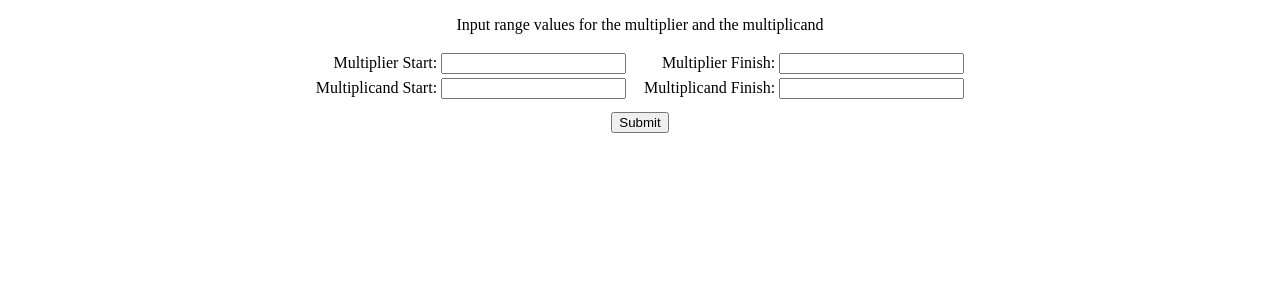
Repository: khrasna/HW4Part2
Page: index.html
These files come from the project's save history. The page is drawn as it stood at one moment and after the next save; the edit follows.
The browser window is 1280 px wide. The pictures show the whole page.
Some web libraries are served in a nearby version.

Above is the page before, as saved 2021-11-13 16:13:31.

### index.html
<!-- HTML file for Assignment 3
By Karsten Hrasna  email Karsten_Hrasna@student.uml.edu-->
<!DOCTYPE html>
<html>

<head>
    <title>Multiplication Table</title>
    <link rel="stylesheet" href="style.css">
    <script src="https://ajax.googleapis.com/ajax/libs/jquery/3.5.1/jquery.min.js"></script>
    <script src="dist/jquery.validate.min.js"></script>
    <script src="formvalidate.js"></script>
    <script src="https://ajax.googleapis.com/ajax/libs/jqueryui/1.11.4/jquery-ui.min.js"></script>
    <script rel="stylesheet" href="https://ajax.googleapis.com/ajax/libs/jqueryui/1.11.4/themes/smoothness/jquery-ui.css"></script>
</head>

<body>
    <p>Input range values for the multiplier and the multiplicand</p>
    <div id="container">
        <!-- Learned from W3schools. Creates a form which takes number ranges for multiplier and multiplicand. -->

        <form id="FormInput" action="javascript:void(0);" method="get"> <!--Learned about javascript:void(0) from Dutchie432 at https://stackoverflow.com/questions/1818249/form-with-no-action-and-where-enter-does-not-reload-page-->
            <table>
                <tr>
                    <div id="slider-1"></div>
                    <td class="pad">Multiplier Start: <input input="text" name="MultiplierStart"></td>
                    <td>Multiplier Finish: <input type="text" name="MultiplierFinish"></td>
                </tr>
                <tr>
                    <td class="pad">Multiplicand Start: <input type="text" name="MultiplicandStart"></td>
                    <td>Multiplicand Finish: <input type="text" name="MultiplicandFinish"></td>
                </tr>
            </table>
            <input type="submit" value="Submit"> <!--goes directly under form and processes the input to create a mult table-->
        </form>
    </div>


</body>

</html>

### style.css
/*Created by Karsten Hrasna. email: Karsten_Hrasna@student.uml.edu*/
html,
body {
    height: 97%;
    text-align: center;
}

div#container {
    display: grid;
    grid-template-columns: 100%;
    /* top row of grid holds the form for input, the rest of page holds the multiplication table*/
    grid-template-rows: minmax(90px, 15%) auto;
    height: 97%;

}

#multTable {
    margin: auto;
    border-collapse: separate;
    border-spacing: 0;
    grid-row: 2;
    /*the dynamically sized multiplication table */
    margin-top: 0px;
    border-bottom: 0px;

}

input[type=submit] {
    /* submit button under form spaced here */
    margin-top: 10px;
    margin-bottom: 0px;
}

#multTable td,
th {
    border: solid;
    border-color: black;
    min-width: 70px;
    font-size: 30px;
    height: 70px;
}


#multTable th {
    position: sticky;
    top: 0px;
    border-right: solid;
    border-right-color: white;
    border-bottom: solid;
    border-bottom-color: white;
    background-color: black;
    color: white;

}

#multTable th:first-child {
    position: sticky;
    top: 70px;
    left: 0;
}


.sticky {
    position: fixed;
    top: 0px;
    /* get the headers to stay fixed on mult table */
    width: 100%;
}

#multTable tr:first-child th:first-child {
    border: none;
    background-color: white;
}

#multTable p.inputError {
    margin: 0px;
}

form {
    grid-row: 1;
    margin-bottom: 0px;
}

table {
    margin-left: auto;
    margin-right: auto;
}

form td {
    text-align: right;
    /*line up the input form textboxes*/
}

form p {
    margin: 0px;
}

td.pad {
    padding-right: 15px;
}

### formvalidate.js
$(function () {

    $("#slider-1").slider();

    $.validator.addMethod("less", function (value, element, params) {
        return this.optional(element) || value <= params[0].value; //checks to make sure that the starts are less than the finishes, learned from
    });                                                           // https://jqueryvalidation.org/jQuery.validator.addMethod/

    var valid = $('input[value="Submit"]').on("click", function () {
        $("#multTable").remove();

        $("#FormInput").validate({
            onkeyup: false,     //this makes it so the validator doesnt update the error messages whenever new input is typed. only validates when submit is hit.
            onfocusout: false,  //learned about onkeyup, and onfocusout at https://www.sitepoint.com/jquery-validation-validate-form-submit/
            rules: {
                MultiplierStart: {
                    digits: true,
                    less: $('input[name="MultiplierFinish"]'),
                    required: true,
                    range: [-50, 50]
                },
                MultiplierFinish: {
                    required: true,
                    digits: true,
                    range: [-50, 50]
                },

                MultiplicandStart: {
                    digits: true,
                    less: $('input[name="MultiplicandFinish"]'),
                    required: true,
                    range: [-50, 50]
                },

                MultiplicandFinish: {
                    digits: true,
                    required: true,
                    range: [-50, 50]
                }
            },

            messages: {
                MultiplierStart: {
                    digits: "Multiplier Start must be a digit",
                    required: "Multiplier Start must be a digit between -50 and 50",
                    range: "The range of Multiplier Start must stay within -50 and 50",
                    less: "The value of Multiplier Start must be less than or equal to Multiplier Finish."
                },

                MultiplierFinish: {
                    digits: "Multiplier Finish must be a digit",
                    required: "Multiplier Finish must be a digit between -50 and 50",
                    range: "The range of Multiplier Finish must stay within -50 and 50",
                },

                MultiplicandStart: {
                    digits: "Multiplicand Start must be a digit",
                    required: "Multiplicand Start must be a digit between -50 and 50",
                    range: "The range of Multiplicand Start must stay within -50 and 50",
                    less: "The value of Multiplicand Start must be less than or equal to Multiplicand Finish."
                },

                MultiplicandFinish: {
                    digits: "Multiplicand Finish must be a digit",
                    required: "Multiplicand Finish must be a digit between -50 and 50",
                    range: "The range of Multiplicand Finish must stay within -50 and 50",
                }
            },

            errorPlacement: function (error, element) {
                $(error).appendTo($(('#FormInput')));
            },
            errorElement: "p"

        });

        if ($("#FormInput").valid()) {
            process();
        }

    });

});

function process() {
    debugger;
    var multStart = $('input[name="MultiplierStart"]').val();
    var multFinish = $('input[name="MultiplierFinish"]').val();
    var multiplicandStart = $('input[name="MultiplicandStart"]').val();
    var multiplicandFinish = $('input[name="MultiplicandFinish"]').val();


    if (document.getElementById("multTable")) { //remove old table
            var old = document.getElementById("multTable");
            old.remove();
    };

     //clear old table and create a table with size based on input given
        const top = [];
        const left = []; //these will hold the values of the multiplier and multiplicand
        var rows = multFinish - multStart;
        var cols = multiplicandFinish - multiplicandStart;
        var d = document.getElementById("container");
        for (var i = 0; i <= rows; i++) {
            left[i] = (+multiplicandStart + +i); //the + before variable name turns them into integers for addition
        }
        for (var i = 0; i <= cols; i++) {
            top[i] = (+multStart + +i);
        }
        var table = createTable(rows, cols, top, left); //create table based on total rows and cols, and top and left are the sets of multipliers and multiplicands
        table.id = "multTable";
        d.append(table);
}

function createTable(rows, cols, top, left) {
    var t = document.createElement('table');
    for (var x = 0; x <= rows + 1; x++) { // rows and cols + 1 to indicate ranges of numbers
        var r = document.createElement('tr');
        t.appendChild(r);
        for (var y = 0; y <= cols + 1; y++) {   //creates the cols of the table row by row
            if (x == 0) {
                var c = document.createElement('th'); //create and insert element based on position in table
                c.id = "topHeader";
                if (y != 0) {
                    c.innerHTML = top[y - 1]; // - 1 because it is moved over 1 to the right
                }
            } else if (y == 0) {
                var c = document.createElement('th');
                if (x != 0) {
                    c.innerHTML = left[x - 1];
                }
            } else {
                var c = document.createElement('td');
                c.innerHTML = top[y - 1] * left[x - 1];
                if (((y % 2) + (x % 2)) == 0 || ((y % 2) + (x % 2)) == 2) { // checker board effect
                    c.style.backgroundColor = "gray";
                }

            }
            r.appendChild(c);
        }
    }

    return t;
}

Loaded but not shown: dist/jquery.validate.min.js (library)

After the next save:
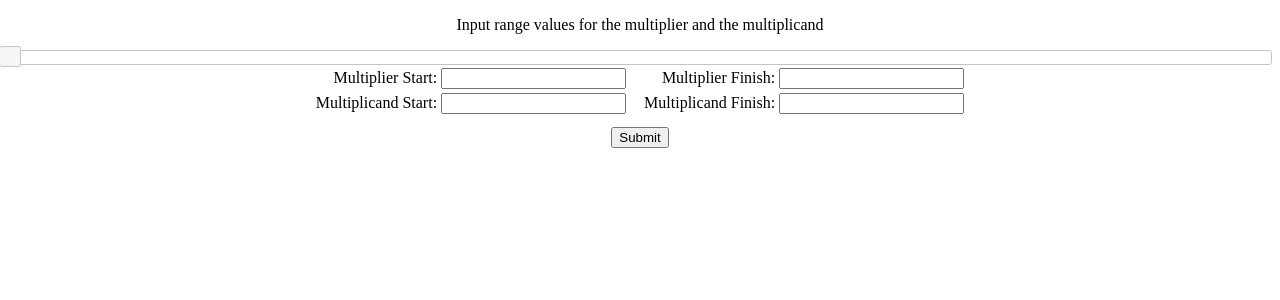
Saved 91 s later.
--- a/index.html
+++ b/index.html
@@ -10,7 +10,7 @@ By Karsten Hrasna  email Karsten_Hrasna@student.uml.edu-->
     <script src="dist/jquery.validate.min.js"></script>
     <script src="formvalidate.js"></script>
     <script src="https://ajax.googleapis.com/ajax/libs/jqueryui/1.11.4/jquery-ui.min.js"></script>
-    <script rel="stylesheet" href="https://ajax.googleapis.com/ajax/libs/jqueryui/1.11.4/themes/smoothness/jquery-ui.css"></script>
+    <link rel="stylesheet" href="https://ajax.googleapis.com/ajax/libs/jqueryui/1.11.4/themes/smoothness/jquery-ui.css">
 </head>
 
 <body>
